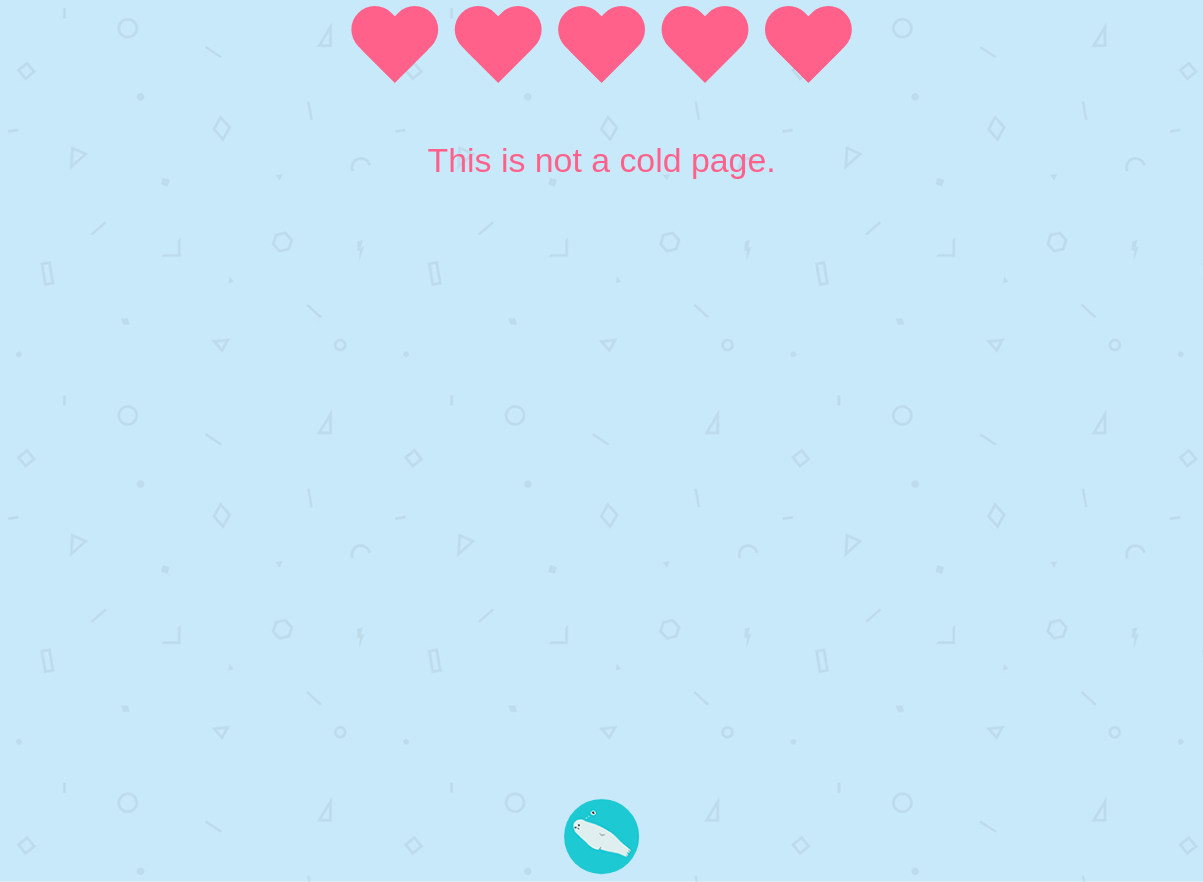
Repository: yiy225/yiy225.github.io
Page: page 3.html
The author's editor kept a record of every edit. The page is drawn from the files as they stood at one moment, then again after the next edit.
The browser window is 1280 px wide. The pictures show the whole page, at 94% of full size.

Above is the page before.

### page 3.html
<!DOCTYPE html>
<html>
    <head>
        <title>3rd page</title>
        <link href="styles 3.css" rel="stylesheet">
    </head>
    <body>

   <div class= div1 style= display:inline>&nbsp;&nbsp;&nbsp;&nbsp;&nbsp;&nbsp;&nbsp;&nbsp;&nbsp;&nbsp;</div>
   <div class= div1 style= display:inline>&nbsp;&nbsp;&nbsp;&nbsp;&nbsp;&nbsp;&nbsp;&nbsp;&nbsp;&nbsp;</div>
   <div class= div1 style= display:inline>&nbsp;&nbsp;&nbsp;&nbsp;&nbsp;&nbsp;&nbsp;&nbsp;&nbsp;&nbsp;</div>
   <div class= div1 style= display:inline>&nbsp;&nbsp;&nbsp;&nbsp;&nbsp;&nbsp;&nbsp;&nbsp;&nbsp;&nbsp;</div>
   <div class= div1 style= display:inline>&nbsp;&nbsp;&nbsp;&nbsp;&nbsp;&nbsp;&nbsp;&nbsp;&nbsp;&nbsp;</div>

   <div class= div2>
       This is not a cold page.
   </div>



        <a href="page 4" class="seal"></a>
    </body>
</html>

### styles 3.css
body {
    background-image: url(geometry.jpg);
    background-repeat: repeat;
    color: #FF618B;
    font-size: 36px;
    font-family: ‘Arial Black’, Gadget, sans-serif;
    text-align: center;
}

.div1 {
    position: relative;
    width: 100px;
    height: 90px;
}

.div1:before,
.div1:after {
    position: absolute;
    content: "";
    left: 50px;
    top: 0;
    width: 50px;
    height: 80px;
    background: #FF618B;
    -moz-border-radius: 50px 50px 0 0;
    border-radius: 50px 50px 0 0;
    -webkit-transform: rotate(-45deg);
    -moz-transform: rotate(-45deg);
    -ms-transform: rotate(-45deg);
    -o-transform: rotate(-45deg);
    transform: rotate(-45deg);
    -webkit-transform-origin: 0 100%;
    -moz-transform-origin: 0 100%;
    -ms-transform-origin: 0 100%;
    -o-transform-origin: 0 100%;
    transform-origin: 0 100%;
}
.div1:after {
    left: 0;
    -webkit-transform: rotate(45deg);
    -moz-transform: rotate(45deg);
    -ms-transform: rotate(45deg);
    -o-transform: rotate(45deg);
    transform: rotate(45deg);
    -webkit-transform-origin: 100% 100%;
    -moz-transform-origin: 100% 100%;
    -ms-transform-origin: 100% 100%;
    -o-transform-origin: 100% 100%;
    transform-origin :100% 100%;
}

.div2{
   width: 500px;
   height: 700px;
   padding-top: 100px;
   margin-left: auto;
   margin-right: auto;
}


.seal {
   width: 80px;
   height: 80px;
   background-image: url(seal.png);
   background-repeat: no-repeat;
   display: block;
   text-indent: 100%;
   white-space: nowrap;
   overflow: hidden;
   position: relative;
   text-align:center;
   margin-left:auto;
   margin-right:auto;
   border-radius: 100%;
}


.seal:hover {
background-position: -80px 0;
}


.seal:active {
background-position: -160px 0;
}

After the next edit:
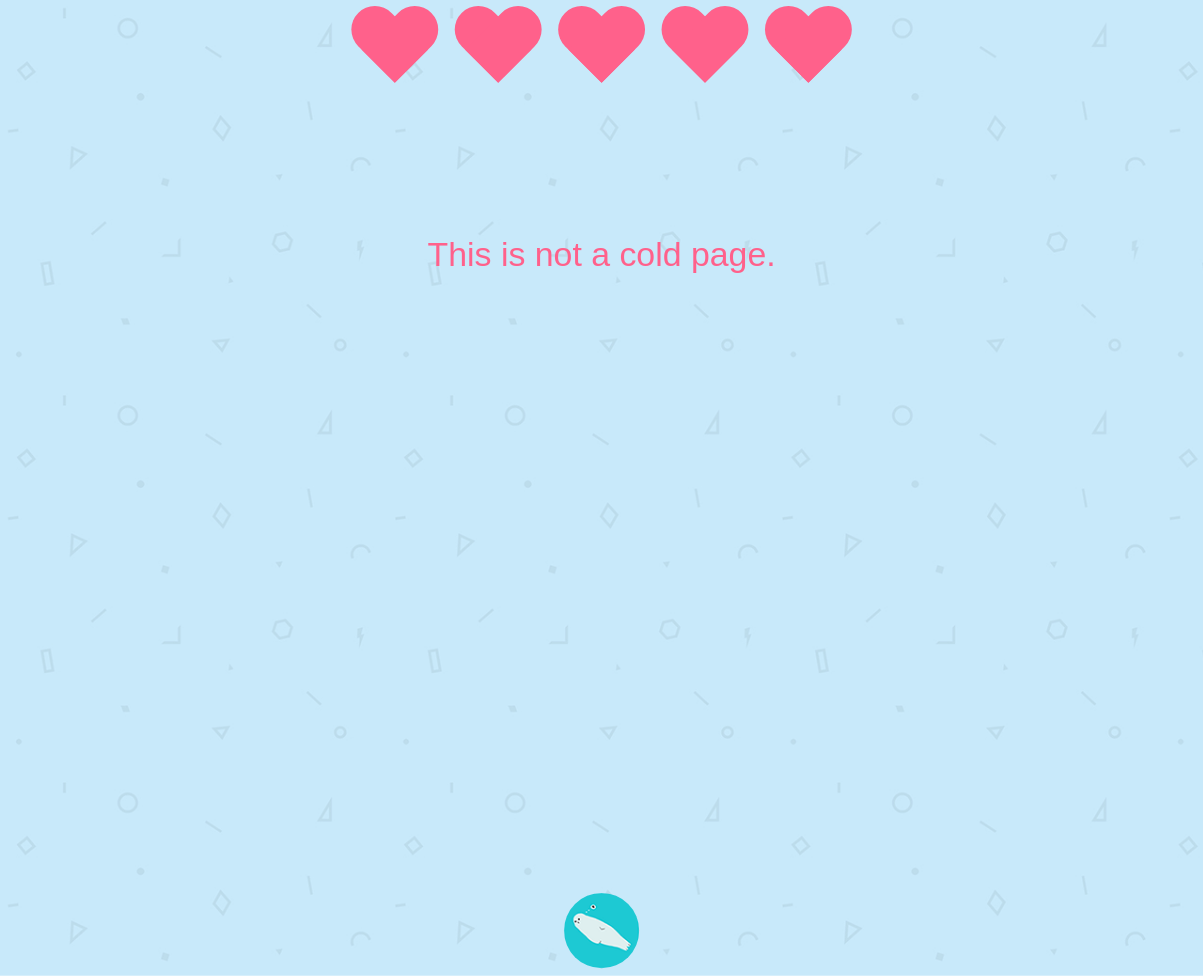
The edit:
--- a/styles 3.css
+++ b/styles 3.css
@@ -52,7 +52,7 @@
 .div2{
    width: 500px;
    height: 700px;
-   padding-top: 100px;
+   padding-top: 200px;
    margin-left: auto;
    margin-right: auto;
 }
